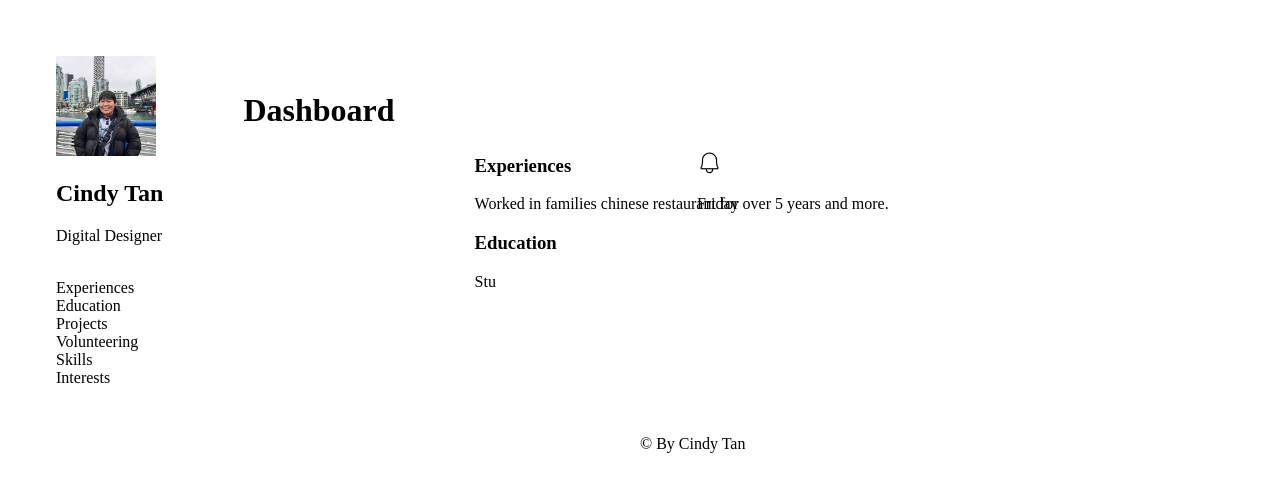
Repository: Cindy-tan/Assessment-_1
Page: /
The author's editor kept a copy of each file at every save. The page is drawn from the files as they stood at one save, then again after a run of saves.
The browser window is 1280 px wide. The pictures show the whole page.
The project was rebuilt for these pictures with package versions that can differ from the ones it lists, and the page was loaded fresh each time. The framework's server and built-in components were replaced by stand-ins that run in the browser. Also part of the build but not shown: next.config.js, components/Card/Card.module.css, components/SideNavigation/SideNavigation.module.css.

Above is the page before, as saved 2024-01-19 00:00:06.

### pages/index.js
import Head from 'next/head'
import styles from '@/styles/Home.module.css'
import Header from '@/components/Header'
import Card from '@/components/Card'
import Footer from '@/components/Footer'
import MenuItem from '@/components/MenuItem'
import SideNavigation from '@/components/SideNavigation'



export default function Home() {

  return (
    <>
      <Head>
        <title>Assessment 1</title>
        <meta name="description" content="Generated by create next app" />
        <meta name="viewport" content="width=device-width, initial-scale=1" />
        <link rel="icon" href="/favicon.ico" />
      </Head>

      <main className={`${styles.main}`}>

        <div>
        <SideNavigation/>
        </div>

        <div className={`${styles.header}`}>
        <Header/>
        </div>

        <div className={`${styles.card}`}>
          <Card title='Experiences' description='Worked in families chinese restaurant for over 5 years and more.'/>
          <Card title='Education' description='Stu'/>
        </div>









      </main>
      <Footer/>
    </>
  )
}

### styles/globals.css
:root {
  --black: #000;
  --white: #fff;
  --blue: rgba(12, 72, 156, 1.0);

  --large-font: 20px;
  --medium-font: 17px;
  --small-font: 14px;

  --violet-red: rgb(219, 112, 147);
  --amaranth: rgb(159, 43, 104);
  --cerise: rgb(222, 49, 99);
  --steel-blue: rgb(40, 189, 218);
  --teal: rgb(20, 151, 176);
  --yellow: rgb(12, 97, 119);
}

### styles/Home.module.css
.main {
  display: flex;
  flex-direction: row;
  align-items: center;
  padding: 3rem;
  min-height: 20vh;
}

.header{
  align-items: center;
  border-radius: 50px;
  padding: 7px 80px 150px;
}

### components/Header/index.js
import styles from "./Header.module.css"
import Image from "next/image"

export default function Header() {
    return (
        <>
            <header>
                <h1>Dashboard</h1>
                <div className={`${styles.icon}`}>
                <Image src="/images/bell.png" alt="bell" width={25} height={25}/>
                <p>Friday</p>
                </div>
            </header>
        </>
    )
}

### components/Card/index.js
import styles from "./Card.module.css"

export default function Card({
    title="default",
    description="default",
    bgColor,
    borderColor
})
{
    return (
        <>
            <div className={styles.card} style={{backgroundColor: bgColor, border:borderColor}}>
                <h3>{title}</h3>
                <p>{description}</p>
            </div>
        </>
    )
}

### components/Footer/index.js
import styles from "./Footer.module.css"

export default function Footer() {
    return(
        <>
            <footer className={styles.footer}>
               © By Cindy Tan
            </footer>
        </>
    )
}

### components/MenuItem/index.js
import styles from "./MenuItem.module.css"

export default function MenuItem({
    title = "",
    bgColor,
    textColor,
    tabLeft
})

{
    return (
        <>
            <div className={styles.menuItem} style={{backgroundColor: bgColor, color:textColor}}>
                {title}
            </div>
        </>
    )
}

### components/SideNavigation/index.js
import MenuItem from "../MenuItem"
import styles from "./SideNavigation.module.css"
import Image from "next/image"

export default function SideNavigation() {
    return (
        <>
            <div>
                <Image src="/images/profile.JPG" alt="profile" width={100} height={100}/>
                <h2>Cindy Tan</h2>
                <p>Digital Designer</p>
                <br/>
                <MenuItem title="Experiences"/>
                <MenuItem title="Education"/>
                <MenuItem title="Projects"/>
                <MenuItem title="Volunteering"/>
                <MenuItem title="Skills"/>
                <MenuItem title="Interests"/>

            </div>
        </>
    )
}

### components/Header/Header.module.css
.icon {
    margin-left: 300%;
}

### components/Footer/Footer.module.css
.footer {
    align-items: center;
    padding-left: 50%;
}

### components/MenuItem/MenuItem.module.css
.menuItem:hover {
    background-color: var(--blue);
    color: var(--white);
}

Loaded but not shown: pages/_app.js (common file); pages/_document.js (common file); components/Card/Card.module.css (no copy from this time; the picture is the same without it)

After the next 2 saves:
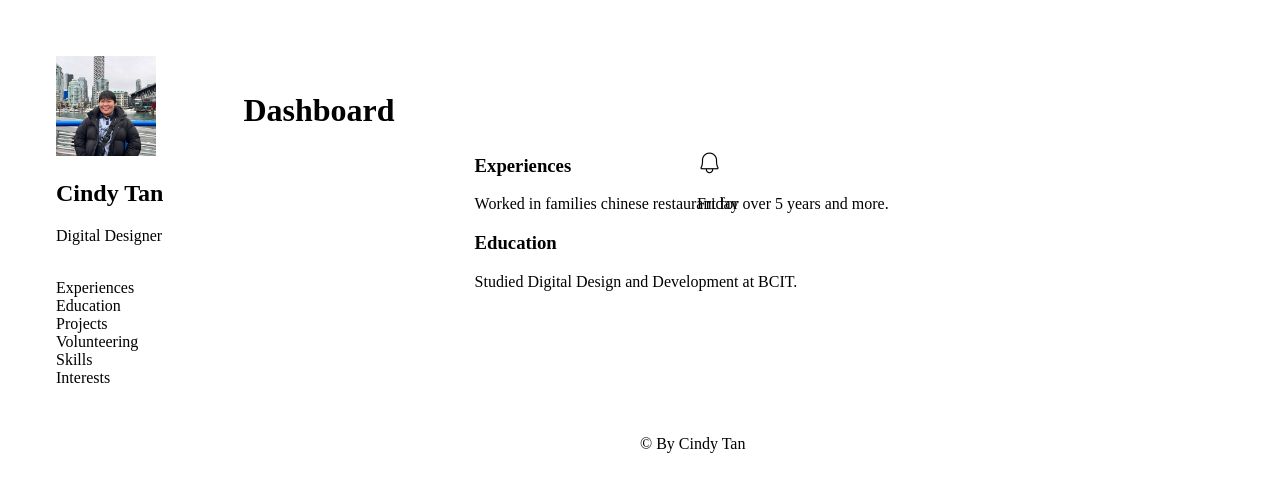
The 2 saves are shown as one change because they came seconds apart.
The last was saved 19 s later.
--- a/pages/index.js
+++ b/pages/index.js
@@ -31,7 +31,7 @@ export default function Home() {
 
         <div className={`${styles.card}`}>
           <Card title='Experiences' description='Worked in families chinese restaurant for over 5 years and more.'/>
-          <Card title='Education' description='Stu'/>
+          <Card title='Education' description='Studied Digital Design and Development at BCIT.'/>
         </div>
 
 
